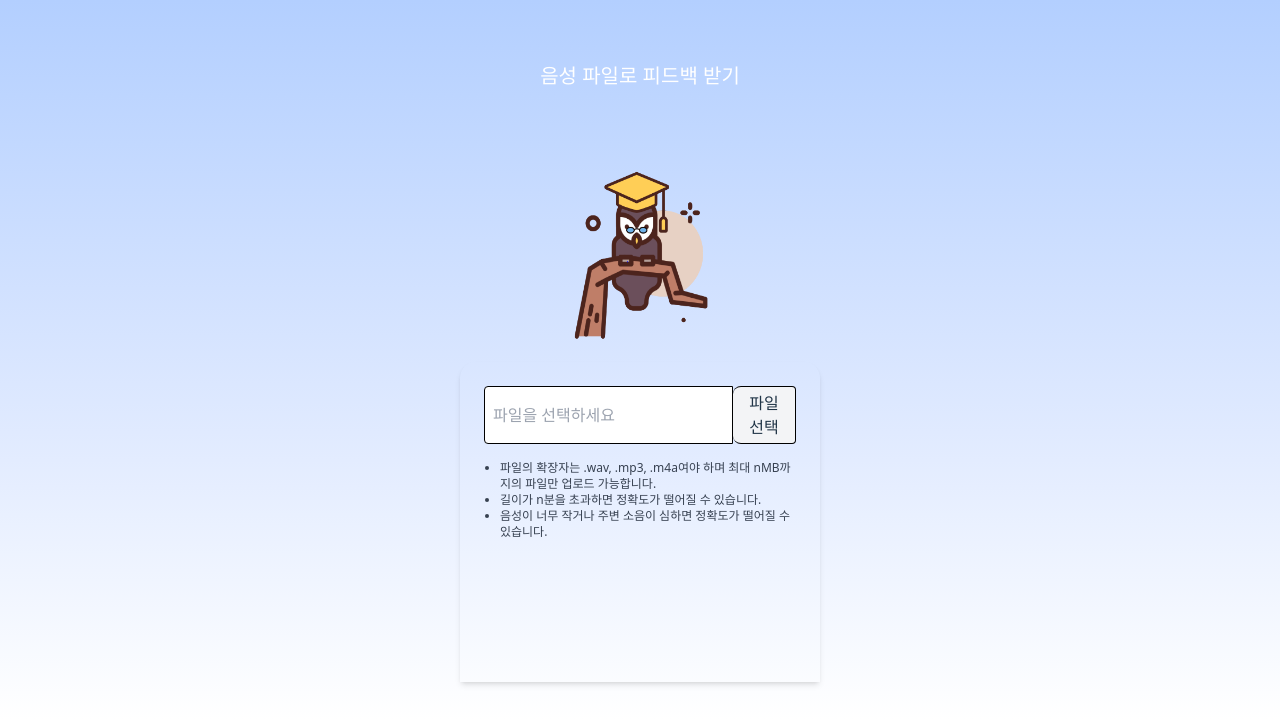
Repository: yurim1205/mini_front
Page: /record (app in frontend/)
An editor plug-in stored every save of this project. The page is shown before and after the next save, followed by the edit.
The browser window is 1280 px wide. The pictures show the whole page.
The project was rebuilt for these pictures with package versions that can differ from the ones it lists, and the page was loaded fresh each time. Also part of the build but not shown: frontend/vite.config.js, frontend/src/components/common/Button.jsx, frontend/src/components/buttons/fileFeedbackBtn.jsx, frontend/src/components/buttons/rec_FeedbackBtn.jsx, frontend/src/pages/home.jsx, frontend/src/pages/fileFeedback.jsx.

Above is the page before, as saved 2025-05-14 09:30:26.

After the next save:
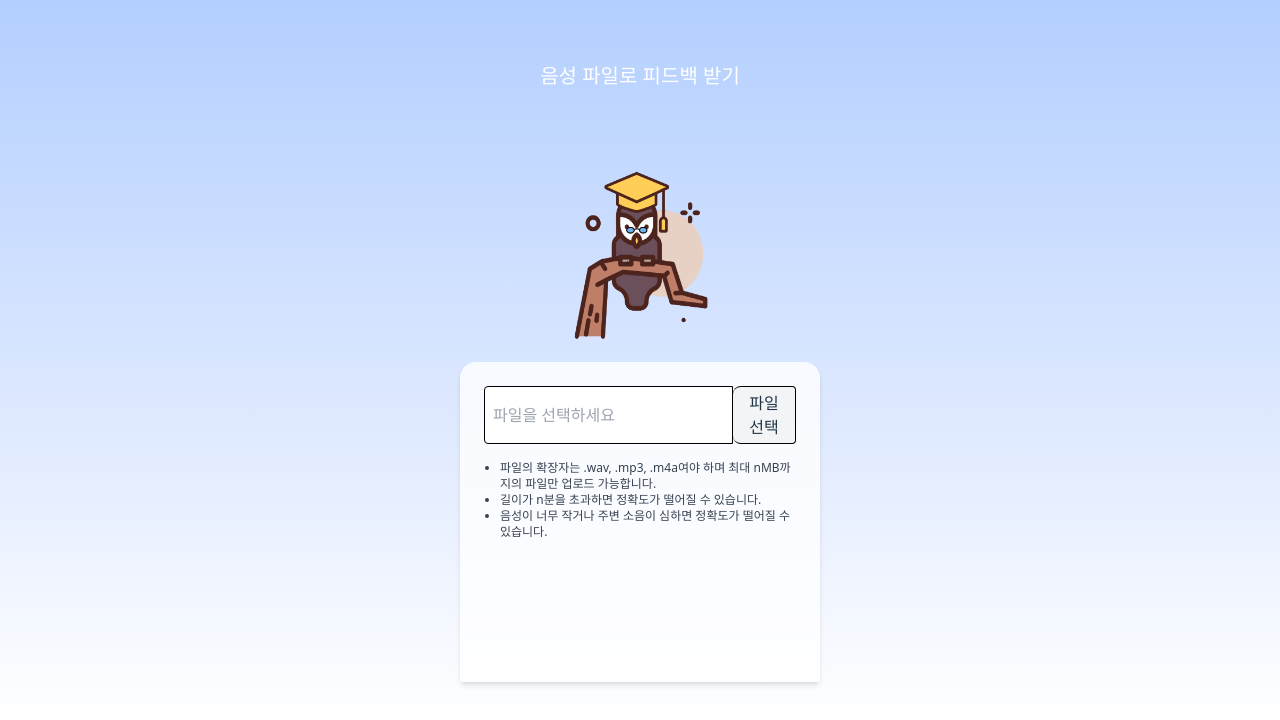
Saved 83 s later.
--- a/frontend/src/pages/recordFeedback.jsx
+++ b/frontend/src/pages/recordFeedback.jsx
@@ -27,7 +27,7 @@
         />
 
         <div
-          className="rounded-t-2xl rounded-b-none shadow-md w-full px-6 py-6 mt-2 flex flex-col items-center min-h-[320px]"
+          className="rounded-t-2xl rounded-b-none shadow-md w-full px-6 py-6 mt-2 flex flex-col items-center min-h-[320px] bg-white bg-opacity-80"
         >
           {/* 파일 업로드 부분 */}
           <div className="flex w-full mb-4">
